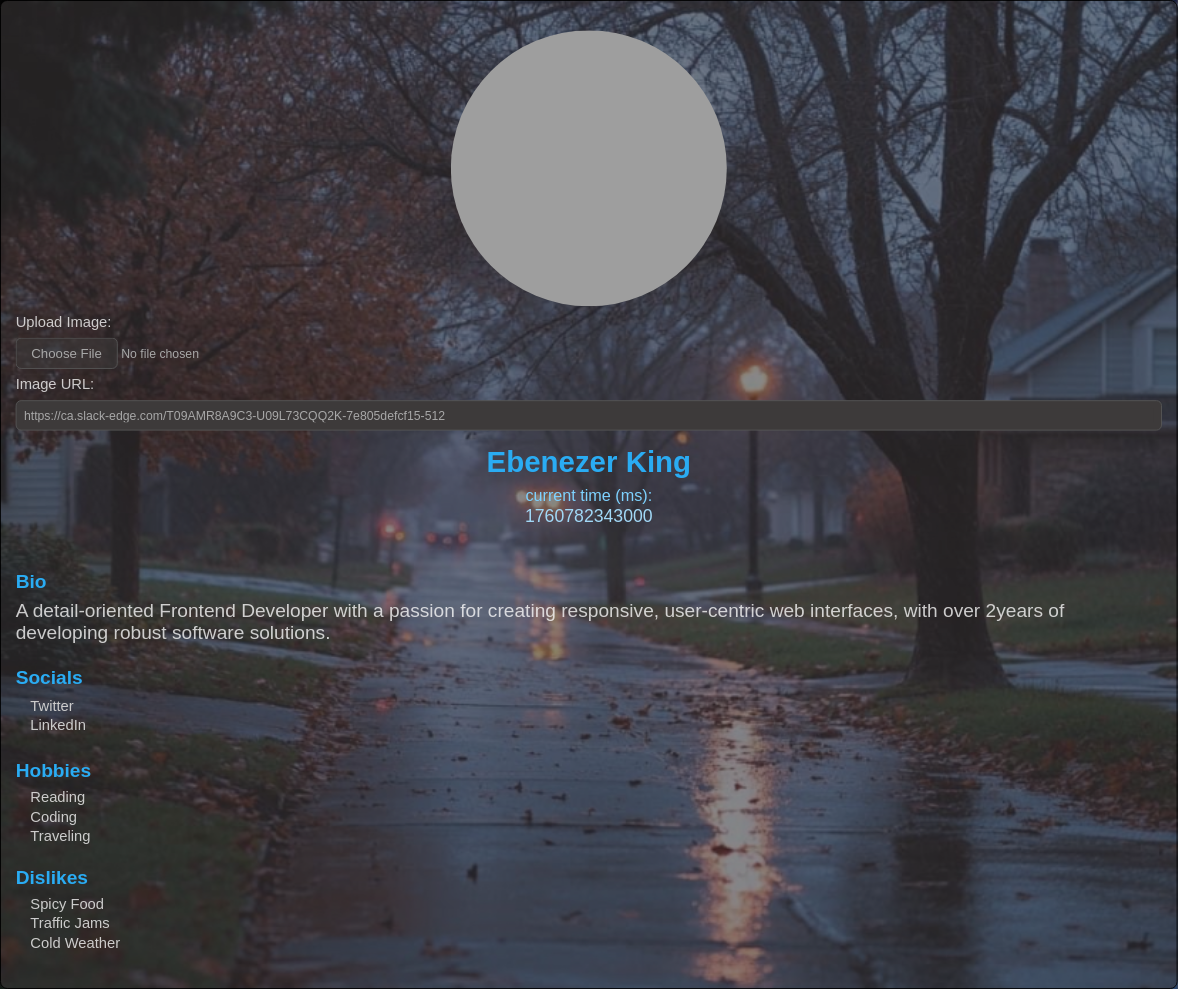
Repository: ebenezertiewei/profileCard
Page: index.html
The author's editor kept a copy of each file at every save. The page is drawn from the files as they stood at one save, then again after a run of saves.
The browser window is 1280 px wide. The pictures show the whole page, at 92% of full size.
Pictures or frames that could not be fetched are drawn as grey boxes.

Above is the page before, as saved 2025-10-18 10:16:47.

### index.html
<!DOCTYPE html>
<html lang="en">
	<head>
		<meta charset="UTF-8" />
		<meta name="viewport" content="width=device-width, initial-scale=1.0" />
		<title>Profile Card</title>
		<link rel="stylesheet" href="style.css" />
	</head>
	<body>
		<!--------------------------------- PROFILE CARD CONTAINER ---------------------------->
		<article data-testid="test-profile-card">
			<!---------------------------------- PROFILE HEADER ---------------------------->
			<section id="profileHeader">
				<figure>
					<img
						src="https://ca.slack-edge.com/T09AMR8A9C3-U09L73CQQ2K-7e805defcf15-512"
						alt="Profile Avatar"
						data-testid="test-user-avatar"
						id="profileAvatar"
					/>
					<!-- <figcaption>Ebenezer King</figcaption> -->
				</figure>
				<section class="imageUploadMethods">
					<!-- image upload -->
					<label for="avatarUpload">Upload Image:</label>
					<input type="file" id="avatarUpload" accept="image/*" />
					<!-- image url -->
					<label for="avatarUrl">Image URL:</label>
					<input
						type="url"
						id="avatarUrl"
						placeholder="https://ca.slack-edge.com/T09AMR8A9C3-U09L73CQQ2K-7e805defcf15-512"
					/>
				</section>
				<h2 data-testid="test-user-name">Ebenezer King</h2>
				<!----------- current time----------->
				<span data-testid="test-user-time-header" class="time-header">
					current time (ms):
					<p data-testid="test-user-time"></p>
				</span>
			</section>
			<!---------------------------------- PROFILE DETAILS ---------------------------->
			<section id="profileDetails">
				<h3 data-testid="test-user-bio-header" class="bio-header">Bio</h3>
				<p data-testid="test-user-bio">
					A detail-oriented Frontend Developer with a passion for creating
					responsive, user-centric web interfaces, with over 2years of
					developing robust software solutions.
				</p>
				<!--------------------- social links ------------->
				<h3
					data-testid="test-user-social-links-header"
					class="social-links-header"
				>
					Socials
				</h3>
				<nav data-testid="test-user-social-links">
					<ul>
						<li>
							<a
								href="https://x.com/txch_king?s=11&t=o3w1r65yzU2hxbP-LDD1ug"
								target="_blank"
								rel="noopener noreferrer"
								data-testid="test-user-social-twitter"
							>
								Twitter
							</a>
						</li>
						<li>
							<a
								href="https://www.linkedin.com/in/ebenezer-t-093b21320/"
								target="_blank"
								rel="noopener noreferrer"
								data-testid="test-user-social-linkedin"
							>
								LinkedIn
							</a>
						</li>
					</ul>
				</nav>
				<!--------------------- hobbies ------------->
				<section data-testid="test-user-hobbies">
					<h3 data-testid="test-user-hobbies-header" class="hobbies-header">
						Hobbies
					</h3>
					<ul>
						<li>Reading</li>
						<li>Coding</li>
						<li>Traveling</li>
					</ul>
				</section>
				<!--------------------- dislikes ------------->
				<section data-testid="test-user-dislikes">
					<h3 data-testid="test-user-dislikes-header" class="dislikes-header">
						Dislikes
					</h3>
					<ul>
						<li>Spicy Food</li>
						<li>Traffic Jams</li>
						<li>Cold Weather</li>
					</ul>
				</section>
			</section>
		</article>

		<!-- javascript link -->
		<script src="script.js"></script>
	</body>
</html>

### style.css
/* ---------------------------------------------------------------- */
/*--------------- Project body general style ---------------*/
html {
	width: 100dvw;
	font-family: Arial, sans-serif;
	font-size: 1rem;
	font-weight: 400;
}
body {
	background-color: #605a5a;
	background-image: url("./assets/states.jpg");
	background-size: cover;
	background-position: center;
	background-repeat: no-repeat;
	/* height: 100%; */
	width: 100%;
}
* {
	padding: 0;
	margin: 0;
	border: 0;
	box-sizing: border-box;
	outline: none;
}

/*--------------------------MOBILE WORKFLOW---------------------*/
/*--------------profile card container -------------------*/
article[data-testid="test-profile-card"] {
	/* height: 100%; */
	width: 100%;
	padding: 1rem;
	background-color: rgba(61, 58, 58, 0.6);
	color: rgba(255, 255, 255, 0.761);
	display: flex;
	flex-direction: column;
	align-items: center;
	border: 1px solid #020202;
	border-radius: 8px;
	box-shadow: 0 2px 4px rgba(0, 0, 0, 0.1);
}

/*-------------  PROFILE HEADER  -------------*/
#profileHeader {
	width: 100%;
	display: flex;
	flex-direction: column;
	padding: 1rem 0;
	/* background-color: orange; */
}
#profileHeader figure {
	display: flex;
	flex-direction: column;
	align-items: center;
	margin-bottom: 0.5rem;
}
/*------------- profile header image -------------*/
#profileHeader img {
	border-radius: 50%;
	width: 300px;
	height: 300px;
	object-fit: cover;
}
/* -------------imageUploadMethods------------ */
.imageUploadMethods {
	display: flex;
	flex-direction: column;
	align-items: start;
}

.imageUploadMethods label {
	margin-bottom: 0.5rem;
}
.imageUploadMethods input {
	margin-bottom: 0.5rem;
	width: 100%;
}
#avatarUpload::file-selector-button {
	background-color: rgba(61, 58, 58, 0.6);
	color: #a8a8a8;
	padding: 0.5rem 1rem;
	border: 1px solid #555555;
	border-radius: 6px;
	cursor: pointer;
	font-size: 0.9rem;
	transition: background 0.3s;
}
#avatarUpload::file-selector-button:hover {
	background-color: #45a049;
	color: black;
}
#avatarUpload {
	color: #a8a8a8;
}
#avatarUrl::placeholder {
	background-color: rgb(61, 58, 58);
	color: #a8a8a8;
}
#avatarUrl {
	/* color: #ccc; */
	padding: 0.5rem;
	background-color: rgb(61, 58, 58);
	border: 1px solid #555555;
	border-radius: 6px;
}
/*--------------profile name --------------*/
#profileHeader h2 {
	display: flex;
	justify-content: center;
	margin: 0.5rem 0;
	font-size: 2rem;
	font-weight: 600;
	color: #2aacf3;
}
/*-------------- current time --------------*/
#profileHeader span[data-testid="test-user-time-header"] {
	display: flex;
	flex-direction: column;
	justify-content: center;
	align-items: center;
	font-size: 1.1rem;
	margin-bottom: 1rem;
	color: #7ed2ff;
}
#profileHeader p[data-testid="test-user-time"] {
	margin-bottom: 1rem;
	font-size: 1.2rem;
	color: #a1d8f6;
}
/*--------------  PROFILE DETAILS  --------------*/
.bio-header {
	display: flex;
	flex-direction: column;
	justify-content: start;
	margin-bottom: 0.5rem;
	font-size: 1.3rem;
	color: #2aacf3;
}
#profileDetails p[data-testid="test-user-bio"] {
	font-size: 1.3rem;
	margin-bottom: 1.5rem;
}
/* ------------------ social links --------------- */
.social-links-header {
	display: flex;
	flex-direction: column;
	justify-content: start;
	margin-bottom: 0.5rem;
	font-size: 1.3rem;
	color: #2aacf3;
}
#profileDetails nav[data-testid="test-user-social-links"] {
	display: flex;
	flex-direction: column;
	justify-content: start;
	margin-bottom: 1.5rem;
}
#profileDetails nav[data-testid="test-user-social-links"] ul {
	list-style: none;
}
#profileDetails nav[data-testid="test-user-social-links"] li {
	margin: 0.2rem 1rem;
}
#profileDetails nav[data-testid="test-user-social-links"] a {
	color: #ccc;
	text-decoration: none;
}
#profileDetails nav[data-testid="test-user-social-links"] a:hover {
	text-decoration: underline;
}
/* ------------------ hobbies --------------- */
.hobbies-header {
	display: flex;
	flex-direction: column;
	justify-content: start;
	margin-bottom: 0.5rem;
	font-size: 1.3rem;
	color: #2aacf3;
}
#profileDetails section[data-testid="test-user-hobbies"] ul {
	list-style: none;
	margin-bottom: 1.5rem;
}
#profileDetails section[data-testid="test-user-hobbies"] li {
	margin: 0.2rem 1rem;
}
/* ------------------ dislikes --------------- */
.dislikes-header {
	display: flex;
	flex-direction: column;
	justify-content: start;
	margin-bottom: 0.5rem;
	font-size: 1.3rem;
	color: #2aacf3;
}
#profileDetails section[data-testid="test-user-dislikes"] ul {
	list-style: none;
	margin-bottom: 1.5rem;
}
#profileDetails section[data-testid="test-user-dislikes"] li {
	margin: 0.2rem 1rem;
}

### script.js
// --------------------------------------------------------------------------
// ------------------- current time in milliseconds ----------
window.addEventListener("DOMContentLoaded", () => {
	const timeElement = document.querySelector('[data-testid="test-user-time"]');

	function updateTime() {
		const currentTime = Date.now();
		timeElement.textContent = currentTime;
	}

	updateTime();
	setInterval(updateTime, 1000);
});

// --------------------------------------------------------------------------
// ------------------- avatar image upload and image url upload ----------
window.addEventListener("DOMContentLoaded", () => {
	const avatarImg = document.getElementById("profileAvatar");
	const avatarImgUpload = document.getElementById("avatarUpload");
	const urlImgUpload = document.getElementById("avatarUrl");

	// Update avatar when a file is uploaded
	avatarImgUpload.addEventListener("change", (event) => {
		const file = event.target.files[0];
		if (file) {
			const imageUrl = URL.createObjectURL(file);
			avatarImg.src = imageUrl;

			// optional: revoke URL later to free memory
			avatarImg.onload = () => URL.revokeObjectURL(imageUrl);
		}
	});

	// Update avatar when a URL is entered
	urlImgUpload.addEventListener("input", () => {
		const url = urlImgUpload.value.trim();
		if (url) {
			avatarImg.src = url;
		}
	});
});

After the next 3 saves:
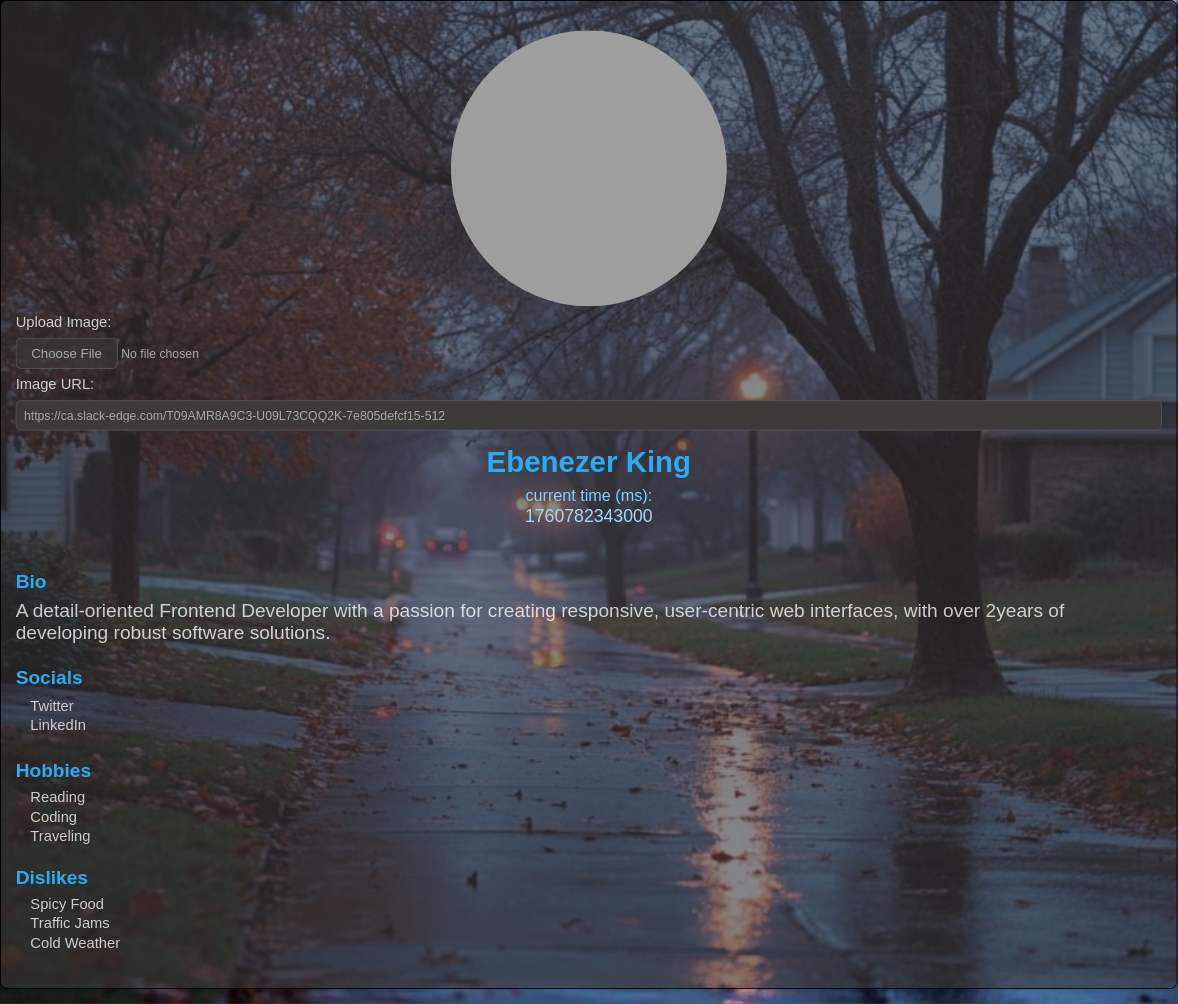
The 3 saves are shown as one change because they came seconds apart.
The last was saved 16 min 41 s later.
--- a/style.css
+++ b/style.css
@@ -37,6 +37,7 @@
 	border: 1px solid #020202;
 	border-radius: 8px;
 	box-shadow: 0 2px 4px rgba(0, 0, 0, 0.1);
+	margin-bottom: 1rem;
 }
 
 /*-------------  PROFILE HEADER  -------------*/

After the 2 saves that followed:
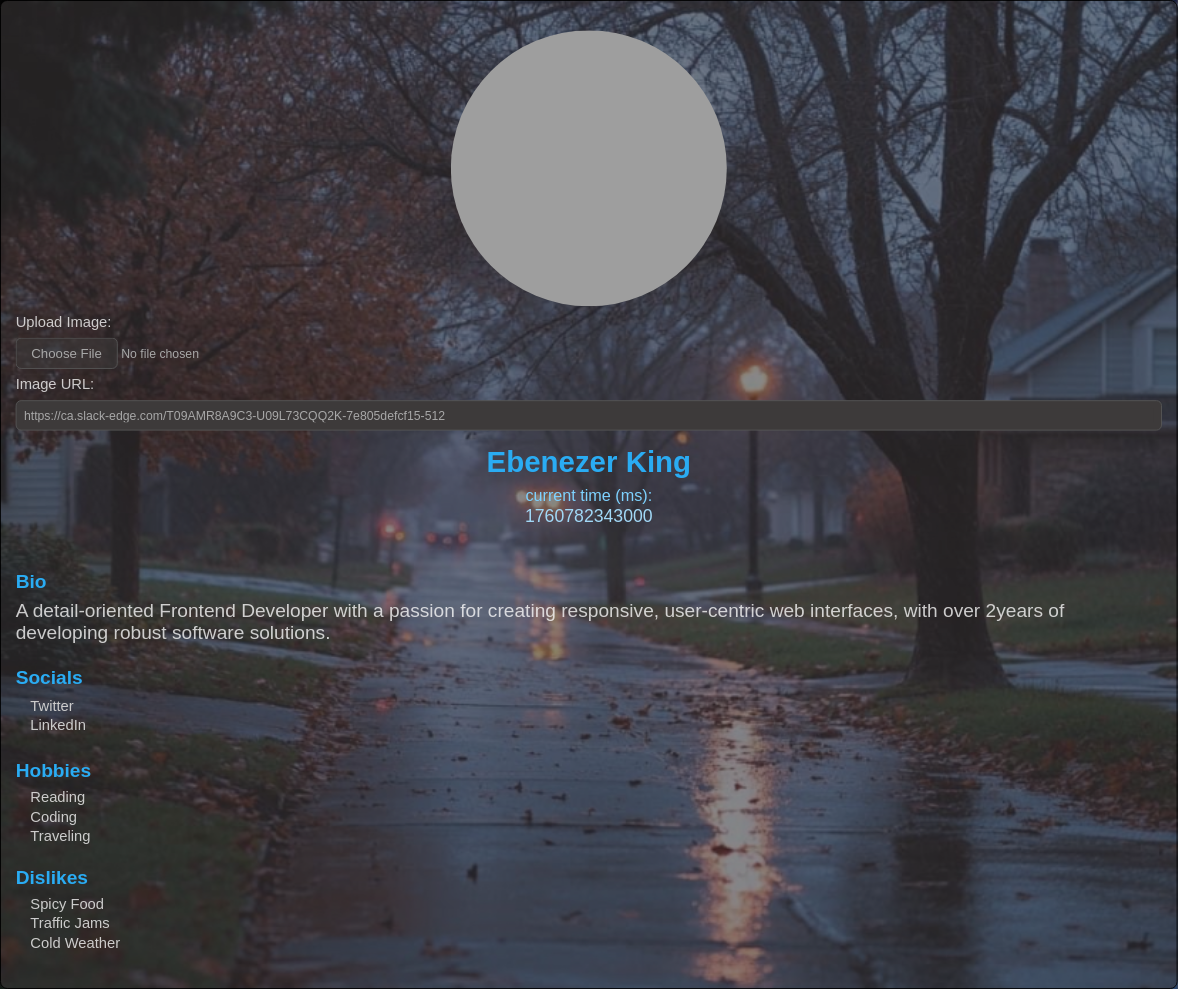
The 2 saves are shown as one change because they came seconds apart.
The last was saved 14 s later.
--- a/style.css
+++ b/style.css
@@ -37,7 +37,7 @@
 	border: 1px solid #020202;
 	border-radius: 8px;
 	box-shadow: 0 2px 4px rgba(0, 0, 0, 0.1);
-	margin-bottom: 1rem;
+	padding-bottom: 1rem;
 }
 
 /*-------------  PROFILE HEADER  -------------*/
